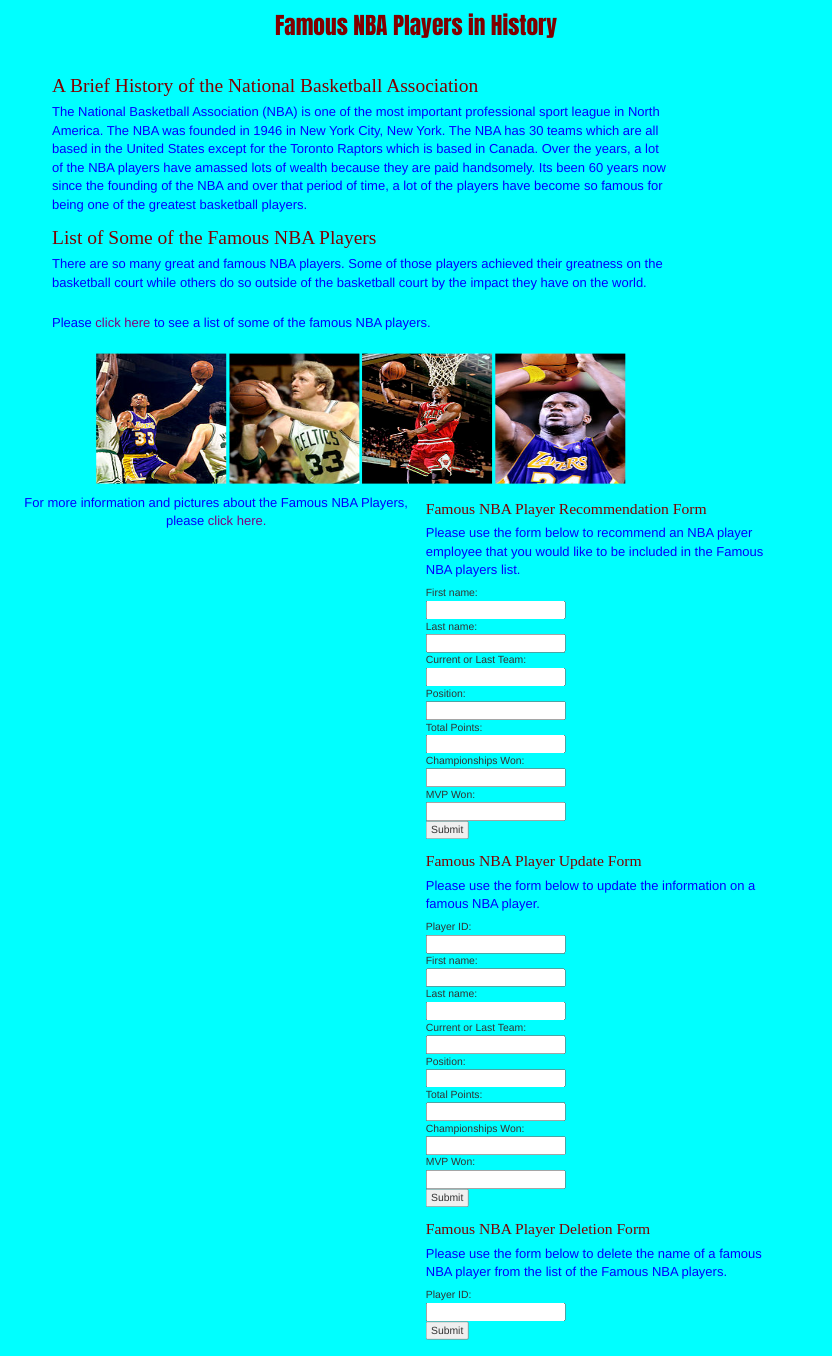
Repository: myjavaweb2/Week5JDBCAssignments
Page: myweek5project/src/main/webapp/indexplayer.html
An editor plug-in stored every save of this project. The page is shown before and after the next save, followed by the edit.
The browser window is 1280 px wide. The pictures show the whole page, at 65% of full size.

Above is the page before, as saved 2016-09-03 05:20:45.

### myweek5project/src/main/webapp/indexplayer.html
<!DOCTYPE html>
<html>
<head>
<meta charset="ISO-8859-1">
<title>Famous NBA Players</title>

<!-- Latest compiled and minified CSS -->
<link rel="stylesheet"
	href="https://maxcdn.bootstrapcdn.com/bootstrap/3.3.7/css/bootstrap.min.css"
	integrity="sha384-BVYiiSIFeK1dGmJRAkycuHAHRg32OmUcww7on3RYdg4Va+PmSTsz/K68vbdEjh4u"
	crossorigin="anonymous">

<link rel="stylesheet" type="text/css" href="player.css">

</head>
<body>

	<header>

		<h1>Famous NBA Players in History</h1>

	</header>

	<main>

	<h2>A Brief History of the National Basketball Association</h2>

	<p>The National Basketball Association (NBA) is one of the most
		important professional sport league in North America. The NBA
		was founded in 1946 in New York City, New York. The NBA has 30
		teams which are all based in the United States except for the
		Toronto Raptors which is based in Canada. Over the years, a lot
		of the NBA players have amassed lots of wealth because they are
		paid handsomely. Its been 60 years now since the founding of the
		NBA and over that period of time, a lot of the players have become
		so famous for being one of the greatest basketball players.</p>

	<h2>List of Some of the Famous NBA Players</h2>

	<p>There are so many great and famous NBA players. Some of those
		players achieved their greatness on the basketball court while others
		do so outside of the basketball court by the impact they have on the
		world.</p>
	<br>

	<p>Please <a href="readDB.jsp">click here</a> to see a list of some of the famous NBA
		players.</p>



	<div><br>
	<img alt="Kareem Abdul-Jabbar" src="images/Abdul_Jabbar.jpg" width="200px" height="200px">
	<img alt="Larry Bird" src="images/Larry_Bird.jpg" width="200px" height="200px">
	<img alt="Michael Jordan" src="images/Jordan.jpg" width="200px" height="200px">
	<img alt="Shaquille O'Neal" src="images/Shaquille_O'Neal.jpg" width="200px" height="200px">
	</div>
	</main>
	<aside>
		<h3>Famous NBA Player Recommendation Form</h3>



		<p>Please use the form below to recommend an NBA player employee
			that you would like to be included in the Famous NBA players list.</p>

		<form action="addToDB" method="post">
			First name:<br> <input type="text" name="first_name"><br>
			Last name:<br> <input type="text" name="last_name"><br>
			Current or Last Team:<br> <input type="text"
				name="current_last_team"><br> Position:<br> <input
				type="text" name="position"><br> Total Points:<br>
			<input type="text" name="total_points"><br>
			Championships Won:<br> <input type="text"
				name="championships_won"><br> MVP Won:<br> <input
				type="text" name="mvp_won"><br> <input type="submit"
				value="Submit">
		</form>

		<h3>Famous NBA Player Update Form</h3>

		<p>Please use the form below to update the information on a famous
			NBA player.</p>

		<form action="updatePlayer" method="post">
			Player ID:<br> <input type="text" name="player_id"><br>
			First name:<br> <input type="text" name="first_name"><br>
			Last name:<br> <input type="text" name="last_name"><br>
			Current or Last Team:<br> <input type="text"
				name="current_last_team"><br> Position:<br> <input
				type="text" name="position"><br> Total Points:<br>
			<input type="text" name="total_points"><br>
			Championships Won:<br> <input type="text"
				name="championships_won"><br> MVP Won:<br> <input
				type="text" name="mvp_won"><br> <input type="submit"
				value="Submit">
		</form>

		<h3>Famous NBA Player Deletion Form</h3>

		<p>Please use the form below to delete the name of a famous NBA
			player from the list of the Famous NBA players.</p>

		<form action="deletePlayer" method="post">
			Player ID:<br> <input type="text" name="player_id"><br>
			  <input type="submit" value="Submit">
		</form>

	</aside>

	<footer>

		<p>
			For more information and pictures about the Famous NBA Players,
			please <a href="https://en.wikipedia.org/wiki/National_Basketball_Association/"
				target="_blank">click here.</a>
		</p>

	</footer>

</body>
</html>

### myweek5project/src/main/webapp/player.css
html, body {
	margin: 0;
	padding: 0;
	border: 0;
	font-size: 100%;
	background-color: aqua;
}

header {
	height: 55px;
}

div {
	text-align: center;
}

main {
	width: 950px;
	background-color: aqua;
	float: left;
	padding-left: 0;
	padding-right: 0;
	position: relative;
	right: 20px;
  	left: 80px;
  	top: 20px;
  	bottom: 15px;
}

aside {
	width: 650px;
	background-color: aqua;
	float: right;
	padding: 25px;
	padding-right: 100px;
}

footer {
	clear: left;
	padding: 35px;
	border: 5px;
	text-align: center;
}

p {
	font-style: Times New Roman, Tahoma, sans serif;
	font-size: 20px;
	color: blue;
}

h1, h2, h3 {
	font-family: fantasy, serif;
	color:maroon;
}

h1 {
	font-family: "Helvetica-Bold",Impact, sans serif;
	text-align: center;

}

th {
	color: blue bold;
	font-size: 22px;
}

td {
	color:teal;
	font-size: 20px;
}

a {
	color: purple;
	text-decoration: none;
}

a:hover {

    text-decoration: line-through;
}

After the next save:
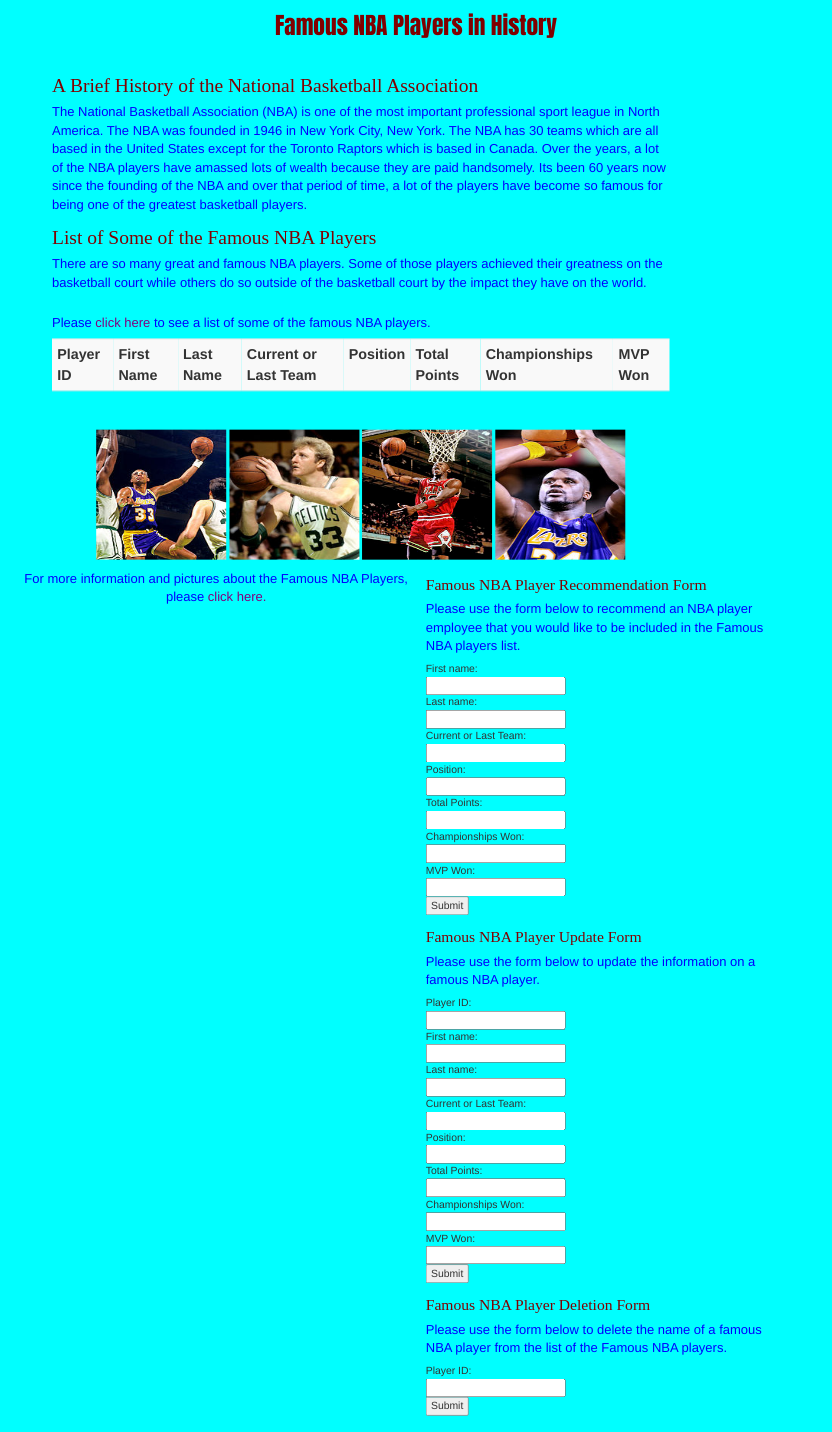
Saved 94 s later.
--- a/myweek5project/src/main/webapp/indexplayer.html
+++ b/myweek5project/src/main/webapp/indexplayer.html
@@ -46,7 +46,29 @@
 	<p>Please <a href="readDB.jsp">click here</a> to see a list of some of the famous NBA
 		players.</p>
 
+	<table class="table table-striped";">
+		<tr>
+			<th>Player ID</th>
+			<th>First Name</th>
+			<th>Last Name</th>
+			<th>Current or Last Team</th>
+			<th>Position</th>
+			<th>Total Points</th>
+			<th>Championships Won</th>
+			<th>MVP Won</th>
+		</tr>
+		<tr>
+			<td></td>
+			<td></td>
+			<td></td>
+			<td></td>
+			<td></td>
+			<td></td>
+			<td></td>
+			<td></td>
+		</tr>
 
+	</table>
 
 	<div><br>
 	<img alt="Kareem Abdul-Jabbar" src="images/Abdul_Jabbar.jpg" width="200px" height="200px">

After the save that followed:
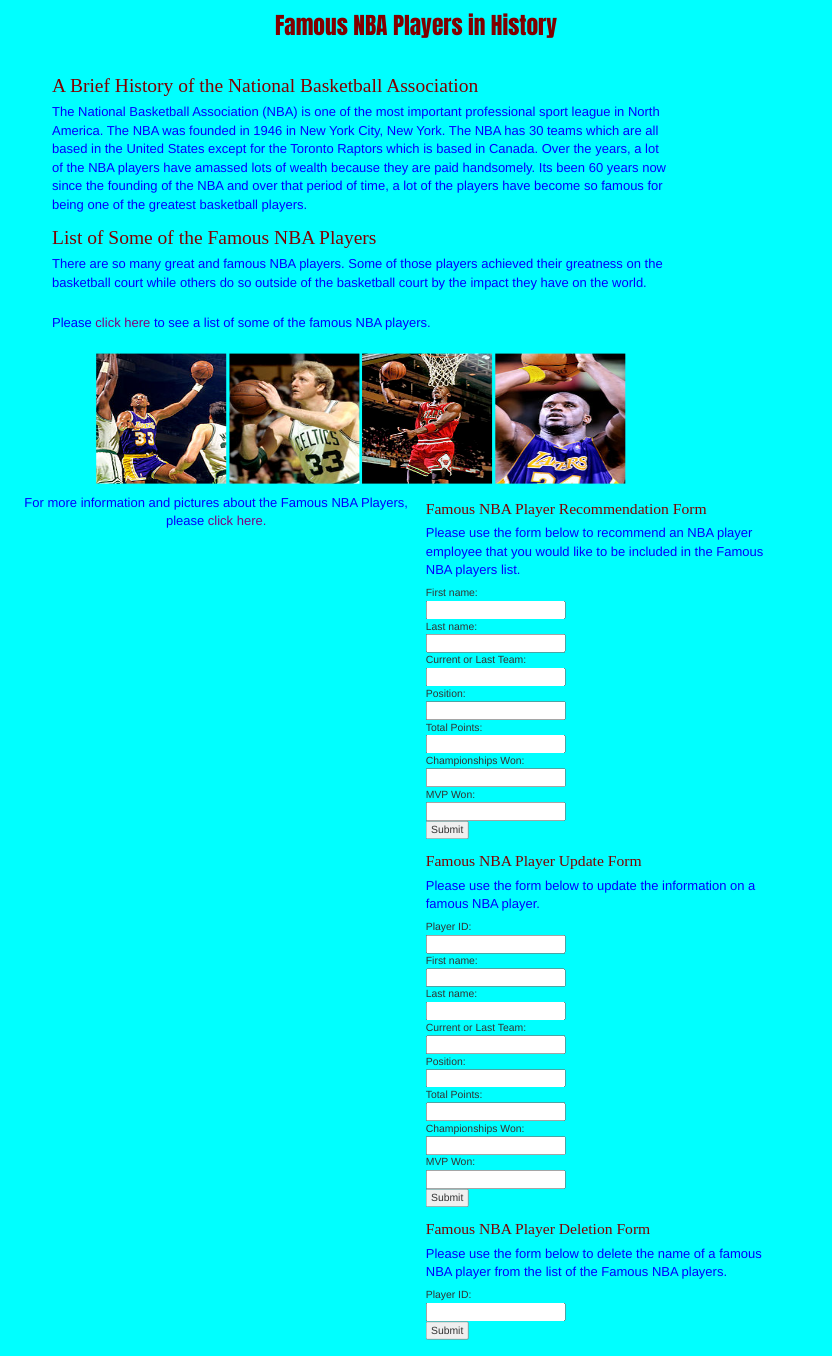
Saved 23 s later.
--- a/myweek5project/src/main/webapp/indexplayer.html
+++ b/myweek5project/src/main/webapp/indexplayer.html
@@ -45,30 +45,6 @@
 
 	<p>Please <a href="readDB.jsp">click here</a> to see a list of some of the famous NBA
 		players.</p>
-
-	<table class="table table-striped";">
-		<tr>
-			<th>Player ID</th>
-			<th>First Name</th>
-			<th>Last Name</th>
-			<th>Current or Last Team</th>
-			<th>Position</th>
-			<th>Total Points</th>
-			<th>Championships Won</th>
-			<th>MVP Won</th>
-		</tr>
-		<tr>
-			<td></td>
-			<td></td>
-			<td></td>
-			<td></td>
-			<td></td>
-			<td></td>
-			<td></td>
-			<td></td>
-		</tr>
-
-	</table>
 
 	<div><br>
 	<img alt="Kareem Abdul-Jabbar" src="images/Abdul_Jabbar.jpg" width="200px" height="200px">
